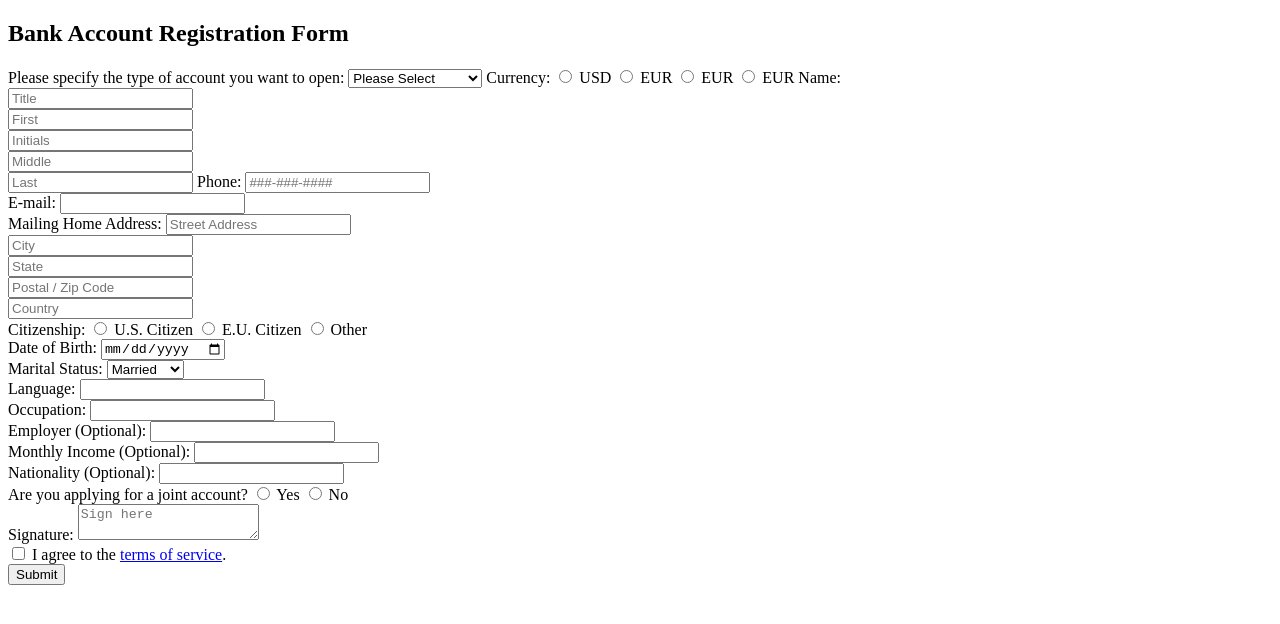
Repository: hizeetech/First-Assignment
Page: sign_up.html
These files come from the project's save history. The page is drawn as it stood at one moment and after a run of saves; the edit follows.
The browser window is 1280 px wide. The pictures show the whole page.

Above is the page before, as saved 2024-11-09 01:53:38.

### sign_up.html
<!DOCTYPE html>
<html lang="en">
<head>
    <meta charset="UTF-8">
    <meta name="viewport" content="width=device-width, initial-scale=1.0">
    <title>Bank Account Registration Form</title>

</head>
<body>

    <h2>Bank Account Registration Form</h2>
    <form action="#" method="post">

            <label for="account-type">Please specify the type of account you want to open:</label>
            <select id="account-type" name="account_type" required>
                <option value="">Please Select</option>
                <option value="savings">Savings Account</option>
                <option value="current">Current Account</option>
                <option value="corporate">Corporate Account</option>
            </select>
        </div>

            <label>Currency:</label>
            <label><input type="radio" name="currency" value="NGN" required> USD</label>
            <label><input type="radio" name="currency" value="USD"> EUR</label>
            <label><input type="radio" name="currency" value="EUR"> EUR</label>
            <label><input type="radio" name="currency" value="POUNDS"> EUR</label>
        </div>

            <label for="title">Name:</label>
            <div class="inline"><input type="text" id="title" name="title" placeholder="Title"></div>
            <div class="inline"><input type="text" name="first_name" placeholder="First" required></div>
            <div class="inline"><input type="text" name="initials" placeholder="Initials"></div>
            <div class="inline"><input type="text" name="middle_name" placeholder="Middle"></div>
            <input type="text" name="last_name" placeholder="Last" required>
        </div>

            <label for="phone">Phone:</label>
            <input type="tel" id="phone" name="phone" placeholder="###-###-####" required>
        </div>
        <div class="form-group">
            <label for="email">E-mail:</label>
            <input type="email" id="email" name="email" required>
        </div>

        <!-- Address -->
        <div class="form-group">
            <label for="address">Mailing Home Address:</label>
            <input type="text" id="address" name="address" placeholder="Street Address" required>
            <div class="inline"><input type="text" name="city" placeholder="City" required></div>
            <div class="inline"><input type="text" name="state" placeholder="State" required></div>
            <div class="inline"><input type="text" name="postal_code" placeholder="Postal / Zip Code" required></div>
            <input type="text" name="country" placeholder="Country" required>
        </div>

        <!-- Citizenship -->
        <div class="form-group citizenship">
            <label>Citizenship:</label>
            <label><input type="radio" name="citizenship" value="US" required> U.S. Citizen</label>
            <label><input type="radio" name="citizenship" value="EU"> E.U. Citizen</label>
            <label><input type="radio" name="citizenship" value="other"> Other</label>
        </div>

        <!-- Date of Birth and Marital Status -->
        <div class="form-group">
            <label for="dob">Date of Birth:</label>
            <input type="date" id="dob" name="dob" required>
        </div>
        <div class="form-group">
            <label for="marital-status">Marital Status:</label>
            <select id="marital-status" name="marital_status" required>
                <option value="married">Married</option>
                <option value="single">Single</option>
                <option value="divorced">Divorced</option>
                <option value="widowed">Widowed</option>
            </select>
        </div>

        <!-- Language, Occupation, Employer, and Monthly Income -->
        <div class="form-group">
            <label for="language">Language:</label>
            <input type="text" id="language" name="language" required>
        </div>
        <div class="form-group">
            <label for="occupation">Occupation:</label>
            <input type="text" id="occupation" name="occupation" required>
        </div>
        <div class="form-group">
            <label for="employer">Employer (Optional):</label>
            <input type="text" id="employer" name="employer">
        </div>
        <div class="form-group">
            <label for="income">Monthly Income (Optional):</label>
            <input type="text" id="income" name="monthly_income">
        </div>

        <!-- Nationality and Joint Account -->
        <div class="form-group">
            <label for="nationality">Nationality (Optional):</label>
            <input type="text" id="nationality" name="nationality">
        </div>
        <div class="form-group joint-account">
            <label>Are you applying for a joint account?</label>
            <label><input type="radio" name="joint_account" value="yes"> Yes</label>
            <label><input type="radio" name="joint_account" value="no"> No</label>
        </div>

        <!-- Signature and Terms -->
        <div class="form-group">
            <label for="signature">Signature:</label>
            <textarea id="signature" name="signature" placeholder="Sign here" rows="2" required></textarea>
        </div>
        <div class="form-group terms">
            <input type="checkbox" id="terms" name="terms" required>
            <label for="terms">I agree to the <a href="#">terms of service</a>.</label>
        </div>

        <!-- Submit Button -->
        <button type="submit" class="submit-btn">Submit</button>
    </form>
</div>

</body>
</html>

After the next 3 saves:
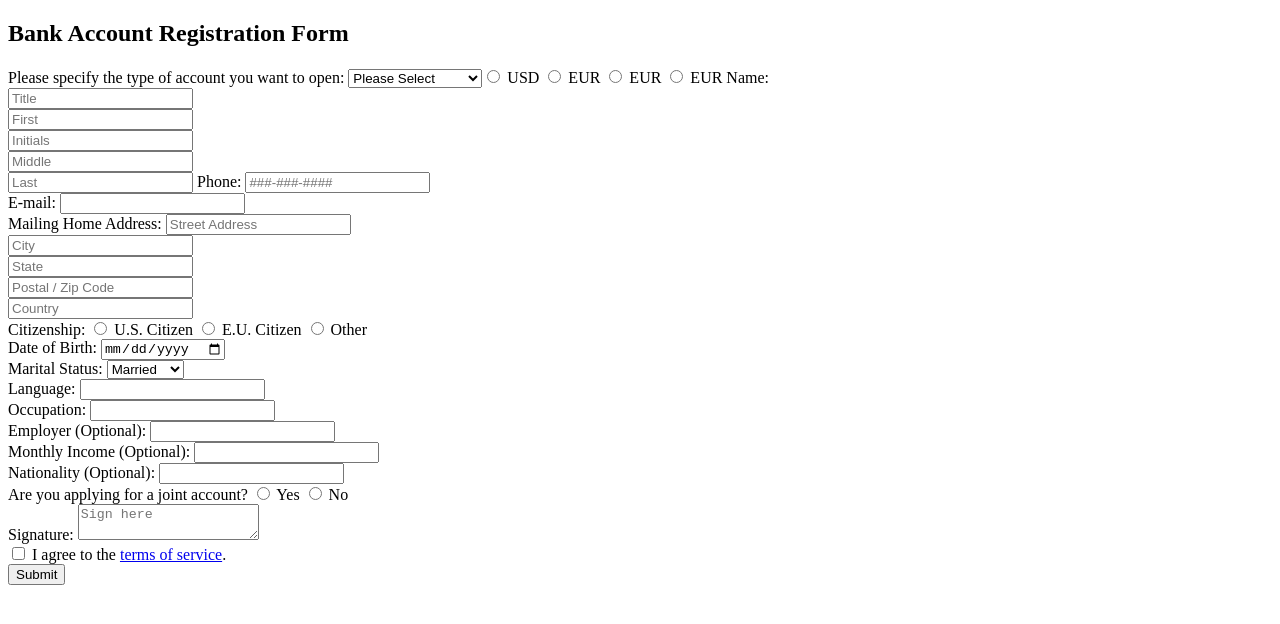
The 3 saves are shown as one change because they came seconds apart.
The last was saved 81 s later.
--- a/sign_up.html
+++ b/sign_up.html
@@ -17,8 +17,7 @@
                 <option value="savings">Savings Account</option>
                 <option value="current">Current Account</option>
                 <option value="corporate">Corporate Account</option>
-            </select>
-        </div>
+
 
             <label>Currency:</label>
             <label><input type="radio" name="currency" value="NGN" required> USD</label>
